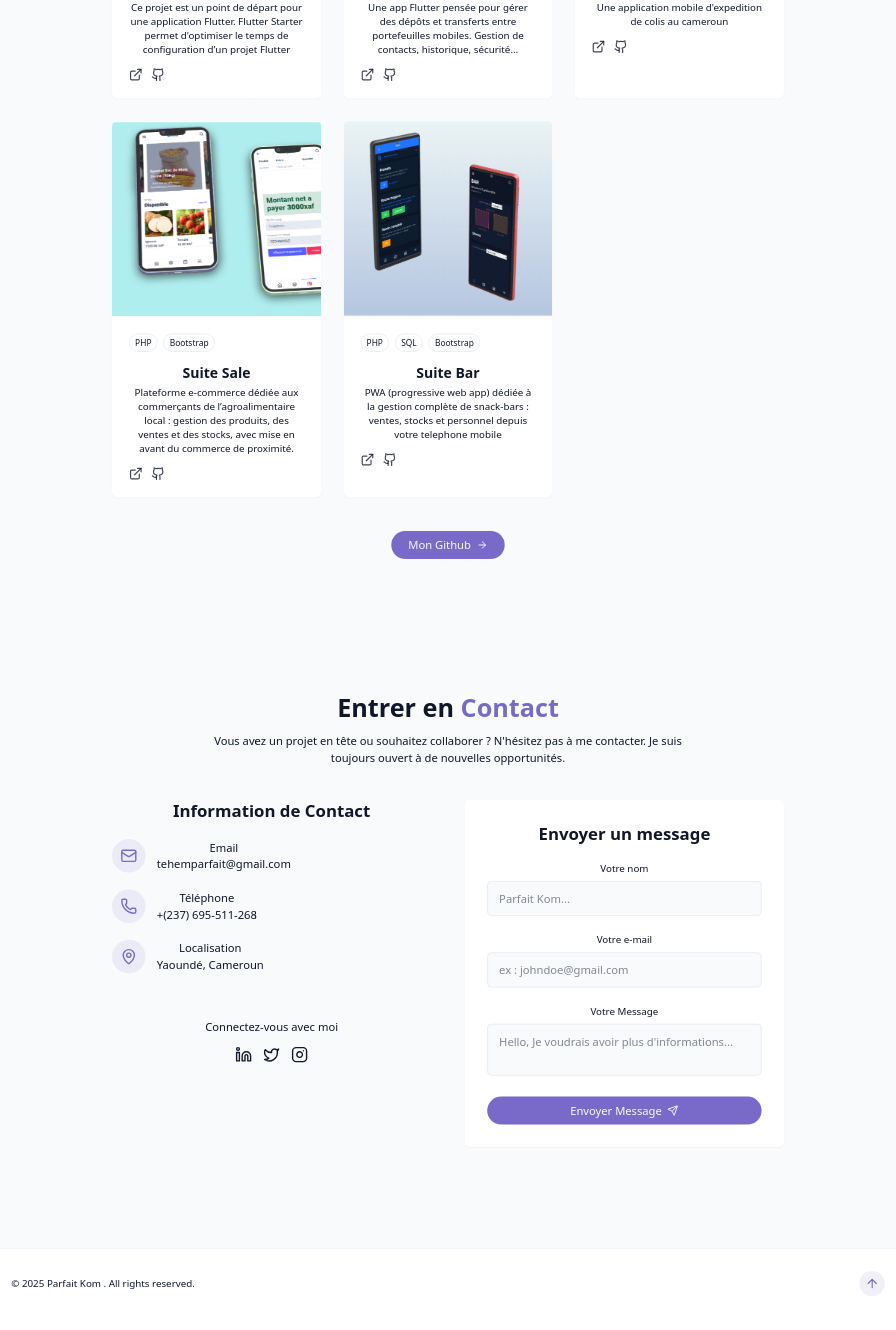
Repository: KOMI18/komi-folio
Page: /
These files come from the project's save history. The page is drawn as it stood at one moment and after a run of saves; the edit follows.
The browser window is 1280 px wide. The pictures show the part of the page from y = 4551 to 6471 px (the page is 6451 px tall before and 6471 px after), at 70% of full size.
The project was rebuilt for these pictures with package versions that can differ from the ones it lists, and the page was loaded fresh each time. Also part of the build but not shown: vite.config.js, src/pages/NotFound.jsx.

Above is the page before, as saved 2025-06-28 13:08:54.

### index.html
<!doctype html>
<html lang="en">
  <head>
    <meta charset="UTF-8" />
    <link rel="icon" type="image/svg+xml" href="" />
    <meta name="viewport" content="width=device-width, initial-scale=1.0" />
    <title>Parfait Kom</title>
  </head>
  <body>
    <div id="root"></div>
    <script type="module" src="/src/main.jsx"></script>
  </body>
</html>

### src/pages/Home.jsx
import { Navbar } from "../components/Navbar";
import { ThemeToggle } from "../components/ThemeToggle";
import { StarBackground } from "@/components/StarBackground";
import { HeroSection } from "../components/HeroSection";
import { AboutSection } from "../components/AboutSection";
import { SkillsSection } from "../components/SkillsSection";
import { ProjectsSection } from "../components/ProjectsSection";
import { ContactSection } from "../components/ContactSection";
import { Footer } from "../components/Footer";
import {ExperienceSection} from "../components/ExperianceSection"
import { ExpertiseSection } from "../components/ExpertiseSection";
export const Home = () => {
  return (
    <div className="min-h-screen bg-background text-foreground overflow-x-hidden">
      {/* Theme Toggle */}
      <ThemeToggle />
      {/* Background Effects */}
      <StarBackground />

      {/* Navbar */}
      <Navbar />
      {/* Main Content */}
      <main>
        <HeroSection />
        <AboutSection />
        <ExpertiseSection/>
        <ExperienceSection/>
        <SkillsSection />
        <ProjectsSection />
        <ContactSection />
      </main>

      {/* Footer */}
      <Footer />
    </div>
  );
};

### src/components/ui/toaster.jsx
import { useToast } from "@/hooks/use-toast";
import {
  Toast,
  ToastClose,
  ToastDescription,
  ToastProvider,
  ToastTitle,
  ToastViewport,
} from "@/components/ui/toast";

export function Toaster() {
  const { toasts } = useToast();

  return (
    <ToastProvider>
      {toasts.map(function ({ id, title, description, action, ...props }) {
        return (
          <Toast key={id} {...props}>
            <div className="grid gap-1">
              {title && <ToastTitle>{title}</ToastTitle>}
              {description && (
                <ToastDescription>{description}</ToastDescription>
              )}
            </div>
            {action}
            <ToastClose />
          </Toast>
        );
      })}
      <ToastViewport />
    </ToastProvider>
  );
}

### src/components/Navbar.jsx
import { cn } from "@/lib/utils";
import { Menu, X } from "lucide-react";
import { useEffect, useState } from "react";
import { ThemeToggle } from "./ThemeToggle";
const navItems = [
  { name: "Home", href: "#hero" },
  { name: "A Propos", href: "#about" },
  { name: "Experience", href: "#experience" },
  { name: "Competences", href: "#skills" },
  { name: "Projets", href: "#projects" },
  { name: "Contact", href: "#contact" },


];

export const Navbar = () => {
  const [isScrolled, setIsScrolled] = useState(false);
  const [isMenuOpen, setIsMenuOpen] = useState(false);

  useEffect(() => {
    const handleScroll = () => {
      setIsScrolled(window.screenY > 10);
    };

    window.addEventListener("scroll", handleScroll);
    return () => window.removeEventListener("scroll", handleScroll);
  }, []);
  return (
    <nav
      className={cn(
        "fixed w-full z-40 transition-all duration-300",
        isScrolled ? "py-3 bg-background/80 backdrop-blur-md shadow-xs" : "py-5"
      )}
    >
      <div className="container flex items-center justify-between">
        <a
          className="text-xl font-bold text-primary flex items-center"
          href="#hero"
        >
          <span className="relative z-10">
            <span className="text-glow text-foreground"> Parfait  </span>{" "}
            Kom
          </span>
        </a>

        {/* desktop nav */}
        <div className="hidden md:flex space-x-8">
          {navItems.map((item, key) => (
            <a
              key={key}
              href={item.href}
              className="text-foreground/80 hover:text-primary transition-colors duration-300"
            >
              {item.name}
            </a>
          ))}
        </div>

        {/* mobile nav */}

        <div className="flex items-center px-5 justify-end">
          <ThemeToggle />

        <button
          onClick={() => setIsMenuOpen((prev) => !prev)}
          className="md:hidden p-2 text-foreground z-50"
          aria-label={isMenuOpen ? "   Menu" : "Open Menu"}
        >
          {isMenuOpen ? <X size={24} /> : <Menu size={24} />}{" "}
        </button>
        </div>
        <div
          className={cn(
            "fixed inset-0 bg-background/95 backdroup-blur-md z-40 flex flex-col items-center justify-center",
            "transition-all duration-300 md:hidden",
            isMenuOpen
              ? "opacity-100 pointer-events-auto"
              : "opacity-0 pointer-events-none"
          )}
        >
          <div className="flex flex-col space-y-8 text-xl">
            {navItems.map((item, key) => (
              <a
                key={key}
                href={item.href}
                className="text-foreground/80 hover:text-primary transition-colors duration-300"
                onClick={() => setIsMenuOpen(false)}
              >
                {item.name}
              </a>
            ))}
          </div>
        </div>
      </div>
    </nav>
  );
};

### src/components/ThemeToggle.jsx
import { Moon, Sun } from "lucide-react";
import { useEffect, useState } from "react";
import { cn } from "@/lib/utils";

export const ThemeToggle = () => {
  const [isDarkMode, setIsDarkMode] = useState(false);

  useEffect(() => {
    const storedTheme = localStorage.getItem("theme");
    if (storedTheme === "dark") {
      setIsDarkMode(true);
      document.documentElement.classList.add("dark");
    } else {
      localStorage.setItem("theme", "light");
      setIsDarkMode(false);
    }
  }, []);

  const toggleTheme = () => {
    if (isDarkMode) {
      document.documentElement.classList.remove("dark");
      localStorage.setItem("theme", "light");
      setIsDarkMode(false);
    } else {
      document.documentElement.classList.add("dark");
      localStorage.setItem("theme", "dark");
      setIsDarkMode(true);
    }
  };

  return (
    <button
      onClick={toggleTheme}
      className={cn(
        "fixed top-5 right-5 z-30 p-2 rounded-full transition-colors duration-300",
        "focus:outline-none"
      )}
    >
      {isDarkMode ? (
        <Sun className="h-6 w-6 text-yellow-300" />
      ) : (
        <Moon className="h-6 w-6 text-blue-900" />
      )}
    </button>
  );
};

### src/components/StarBackground.jsx
import { useEffect, useState } from "react";

// id, size, x, y, opacity, animationDuration
// id, size, x, y, delay, animationDuration

export const StarBackground = () => {
  const [stars, setStars] = useState([]);
  const [meteors, setMeteors] = useState([]);

  useEffect(() => {
    generateStars();
    generateMeteors();

    const handleResize = () => {
      generateStars();
    };

    window.addEventListener("resize", handleResize);

    return () => window.removeEventListener("resize", handleResize);
  }, []);

  const generateStars = () => {
    const numberOfStars = Math.floor(
      (window.innerWidth * window.innerHeight) / 10000
    );

    const newStars = [];

    for (let i = 0; i < numberOfStars; i++) {
      newStars.push({
        id: i,
        size: Math.random() * 3 + 1,
        x: Math.random() * 100,
        y: Math.random() * 100,
        opacity: Math.random() * 0.5 + 0.5,
        animationDuration: Math.random() * 4 + 2,
      });
    }

    setStars(newStars);
  };

  const generateMeteors = () => {
    const numberOfMeteors = 4;
    const newMeteors = [];

    for (let i = 0; i < numberOfMeteors; i++) {
      newMeteors.push({
        id: i,
        size: Math.random() * 2 + 1,
        x: Math.random() * 100,
        y: Math.random() * 20,
        delay: Math.random() * 15,
        animationDuration: Math.random() * 3 + 3,
      });
    }

    setMeteors(newMeteors);
  };

  return (
    <div className="fixed inset-0 overflow-hidden pointer-events-none z-0">
      {stars.map((star) => (
        <div
          key={star.id}
          className="star animate-pulse-subtle"
          style={{
            width: star.size + "px",
            height: star.size + "px",
            left: star.x + "%",
            top: star.y + "%",
            opacity: star.opacity,
            animationDuration: star.animationDuration + "s",
          }}
        />
      ))}

      {meteors.map((meteor) => (
        <div
          key={meteor.id}
          className="meteor animate-meteor"
          style={{
            width: meteor.size * 50 + "px",
            height: meteor.size * 2 + "px",
            left: meteor.x + "%",
            top: meteor.y + "%",
            animationDelay: meteor.delay,
            animationDuration: meteor.animationDuration + "s",
          }}
        />
      ))}
    </div>
  );
};

### src/components/AboutSection.jsx

import { ArrowRight , Image} from "lucide-react";

export const AboutSection = () => {
  return (
    <section id="about" className="py-24 px-4 bg-background">
       <h2 className="text-3xl md:text-4xl font-bold mb-4 py-4 text-center">
          {" "}
          A <span className="text-primary">Propos</span>
        </h2>
      <div className="container mx-auto max-w-5xl grid grid-cols-1 md:grid-cols-2  gap-12 items-center">
        {/* Image */}
        <div className="order-first md:order-last flex justify-center md:justify-start">
          <div className="w-40 h-40 sm:w-80 sm:h-80 md:w-[500px] md:h-[500px] lg:w-[600px] lg:h-[600px] relative transform rotate-3 rounded-xl overflow-hidden border-4 border-primary shadow-lg transition-transform duration-500 hover:scale-105">
            <img
              src="/projects/parfaitkom.jpeg"
              alt="Parfait Kom"
              className="w-full h-full object-cover"
              width={500}
              height={500}
            />
          </div>
        </div>
        {/* Content */}
        <div className="space-y-6">
          <h2 className="text-3xl md:text-4xl font-bold text-left  md:text-left">
            Je transforme les idées en solutions qui bossent 24h/24 pour vous.
          </h2>

          <p className="text-muted-foreground text-left md:text-left">
            Je suis Parfait Kom, développeur mobile & web indépendant. Je construis des applications solides et utiles pour les PME et entrepreneurs du monde entier. Mon objectif ? Livrer des solutions concrètes, efficaces, sans blabla inutile. Du code propre, des résultats mesurables, et un vrai sens du travail bien fait.
          </p>

          <p className="text-muted-foreground text-left md:text-left">
            Mon approche est simple : comprendre rapidement vos enjeux, proposer des idées concrètes, et livrer des résultats de qualité. Pas de jargon. Pas de perte de temps. Juste du travail bien fait, avec méthode, passion et efficacité.
          </p>

          <div className="flex flex-col sm:flex-row gap-4 pt-2">
            <a href="#contact" className="cosmic-button">
              Entrer en contact
            </a>

            <a
              href="/docs/parfait_kom_cv.pdf"
              download
              className="px-6 py-2 rounded-full border border-primary text-primary hover:bg-primary/10 transition-colors duration-300 flex items-center gap-2"
            >
              Télécharger mon CV <ArrowRight className="w-4 h-4" />
            </a>
          </div>
        </div>
      </div>
    </section>
  );
};

export default AboutSection;

### src/components/SkillsSection.jsx
import { useState } from "react";
import { cn } from "@/lib/utils";

const skills = [
  // Frontend
  { name: "Flutter / Dart", level: 70, category: "frontend" },
  { name: "JavaScript", level: 60, category: "frontend" },
  { name: "React", level: 80, category: "frontend" },
  { name: "Tailwind CSS", level: 90, category: "frontend" },


  // Backend
  { name: "Node.js", level: 80, category: "backend" },
  { name: "Express", level: 75, category: "backend" },
  { name: "MongoDB", level: 70, category: "backend" },

  // Tools
  { name: "Git/GitHub", level: 80, category: "tools" },
  { name: "Postman", level: 80, category: "tools" },
];

const categories = ["Tout", "frontend", "backend", "tools"];

export const SkillsSection = () => {
  const [activeCategory, setActiveCategory] = useState("Tout");

  const filteredSkills = skills.filter(
    (skill) => activeCategory === "Tout" || skill.category === activeCategory
  );
  return (
    <section id="skills" className="py-24 px-4 relative bg-secondary/30">
      <div className="container mx-auto max-w-5xl">
        <h2 className="text-3xl md:text-4xl font-bold mb-12 text-center">
        Mes  <span className="text-primary"> compétences</span>
        </h2>

        <div className="flex flex-wrap justify-center gap-4 mb-12">
          {categories.map((category, key) => (
            <button
              key={key}
              onClick={() => setActiveCategory(category)}
              className={cn(
                "px-5 py-2 rounded-full transition-colors duration-300 capitalize",
                activeCategory === category
                  ? "bg-primary text-primary-foreground"
                  : "bg-secondary/70 text-forefround hover:bd-secondary"
              )}
            >
              {category}
            </button>
          ))}
        </div>

        <div className="grid grid-cols-1 sm:grid-cols-2 lg:grid-cols-3 gap-6">
          {filteredSkills.map((skill, key) => (
            <div
              key={key}
              className="bg-card p-6 rounded-lg shadow-xs card-hover"
            >
              <div className="text-left mb-4">
                <h3 className="font-semibold text-lg"> {skill.name}</h3>
              </div>
              <div className="w-full bg-secondary/50 h-2 rounded-full overflow-hidden">
                <div
                  className="bg-primary h-2 rounded-full origin-left animate-[grow_1.5s_ease-out]"
                  style={{ width: skill.level + "%" }}
                />
              </div>

              <div className="text-right mt-1">
                <span className="text-sm text-muted-foreground">
                  {skill.level}%
                </span>
              </div>
            </div>
          ))}
        </div>
      </div>
    </section>
  );
};

### src/components/ProjectsSection.jsx
import { ArrowRight, ExternalLink, Github } from "lucide-react";

const projects = [

  {
    id: 2,
    title: "Flutter Stater",
    description:
      "Ce projet est un point de départ pour une application Flutter. Flutter Starter permet d'optimiser le temps de configuration d'un projet Flutter",
    image: "/projects/starter.jpeg",
    tags: ["Flutter", "Dart"],
    demoUrl: "#",
    githubUrl: "https://github.com/KOMI18/flutter_starter/tree/master",
  },
  {
    id: 2,
    title: "Silia",
    description:
      "Une app Flutter pensée pour gérer des dépôts et transferts entre portefeuilles mobiles. Gestion de contacts, historique, sécurité…",
    image: "/projects/silia.png",
    tags: ["Flutter", "Dart", "GetX"],
    // demoUrl: "#",
    githubUrl: "https://github.com/KOMI18/silia",
  },
  {
    id: 3,
    title: "Speedara",
    description:
      "Une application mobile d'expedition de colis au cameroun",
    image: "/projects/speedara.jpeg",
    tags: ["Flutter", "Dart", "GetX" ],
    demoUrl: "#",
    githubUrl: "#",
  },
  {
    id: 2,
    title: "Suite Sale",
    description:
      "Plateforme e-commerce dédiée aux commerçants de l’agroalimentaire local : gestion des produits, des ventes et des stocks, avec mise en avant du commerce de proximité.",
    image: "/projects/sale.png",
    tags: ["PHP", "Bootstrap"],
    demoUrl: "#",
    githubUrl: "https://cosmopharmalindustry.com/suitesale/app/Pages/Login.php",
  },
  {
    id: 1,
    title: "Suite Bar ",
    description:
      "PWA (progressive web app) dédiée à la gestion complète de snack-bars : ventes, stocks et personnel depuis votre telephone mobile",
    image: "/projects/suite.png",
    tags: ["PHP", "SQL", "Bootstrap"],
    demoUrl: "https://cosmopharmalindustry.com/bragherstudio.suite-ba/pages/user_login.php",
    githubUrl: "#",
  },

];

export const ProjectsSection = () => {
  return (
    <section id="projects" className="py-24 px-4 relative">
      <div className="container mx-auto max-w-5xl">
        <h2 className="text-3xl md:text-4xl font-bold mb-4 text-center">
          {" "}
          Quelques <span className="text-primary">Projets</span>
        </h2>

        <p className="text-center text-muted-foreground mb-12 max-w-2xl mx-auto">
          Ce que j’ai construit pour d’autres, je peux le construire pour vous.
          {" "}
          Des projets concrets, pas des promesses.
        </p>

        <div className="grid grid-cols-1 md:grid-cols-2 lg:grid-cols-3 gap-8">
          {projects.map((project, key) => (
            <div
              key={key}
              className="group bg-card rounded-lg overflow-hidden shadow-xs card-hover"
            >
              <div className="h-70 overflow-hidden">
                <img
                height={400}
                width={500}
                  src={project.image}
                  alt={project.title}
                  className="w-full h-full object-cover transition-transform duration-500 group-hover:scale-110"
                />
              </div>

              <div className="p-6">
                <div className="flex flex-wrap gap-2 mb-4">
                  {project.tags.map((tag) => (
                    <span className="px-2 py-1 text-xs font-medium border rounded-full bg-secondary text-secondary-foreground">
                      {tag}
                    </span>
                  ))}
                </div>

                <h3 className="text-xl font-semibold mb-1"> {project.title}</h3>
                <p className="text-muted-foreground text-sm mb-4">
                  {project.description}
                </p>
                <div className="flex justify-between items-center">
                  <div className="flex space-x-3">
                    <a
                      href={project.demoUrl}
                      target="_blank"
                      className="text-foreground/80 hover:text-primary transition-colors duration-300"
                    >
                      <ExternalLink size={20} />
                    </a>
                    <a
                      href={project.githubUrl}
                      target="_blank"
                      className="text-foreground/80 hover:text-primary transition-colors duration-300"
                    >
                      <Github size={20} />
                    </a>
                  </div>
                </div>
              </div>
            </div>
          ))}
        </div>
        <div className="text-center mt-12">
          <a
            className="cosmic-button w-fit flex items-center mx-auto gap-2"
            target="_blank"
            href="https://github.com/KOMI18"
          >
             Mon Github <ArrowRight size={16} />
          </a>
        </div>
      </div>
    </section>
  );
};

### src/components/Footer.jsx
import { ArrowUp } from "lucide-react";

export const Footer = () => {
  return (
    <footer className="py-12 px-4 bg-card relative border-t border-border mt-12 pt-8 flex flex-wrap justify-between items-center">
      {" "}
      <p className="text-sm text-muted-foreground">
        {" "}
        &copy; {new Date().getFullYear()} Parfait Kom . All rights reserved.
      </p>
      <a
        href="#hero"
        className="p-2 rounded-full bg-primary/10 hover:bg-primary/20 text-primary transition-colors"
      >
        <ArrowUp size={20} />
      </a>
    </footer>
  );
};

Loaded but not shown: src/main.jsx (common file); src/App.jsx (common file); src/lib/utils.js (common file); src/hooks/use-toast.js (144 lines, source omitted); src/components/ContactSection.jsx (235 lines, source omitted); src/components/ExperianceSection.jsx (117 lines, source omitted); src/components/HeroSection.jsx (103 lines, source omitted); src/index.css (214 lines, source omitted); src/components/ui/toast.jsx (102 lines, source omitted); src/components/ExpertiseSection.jsx (90 lines, source omitted)

After the next 3 saves:
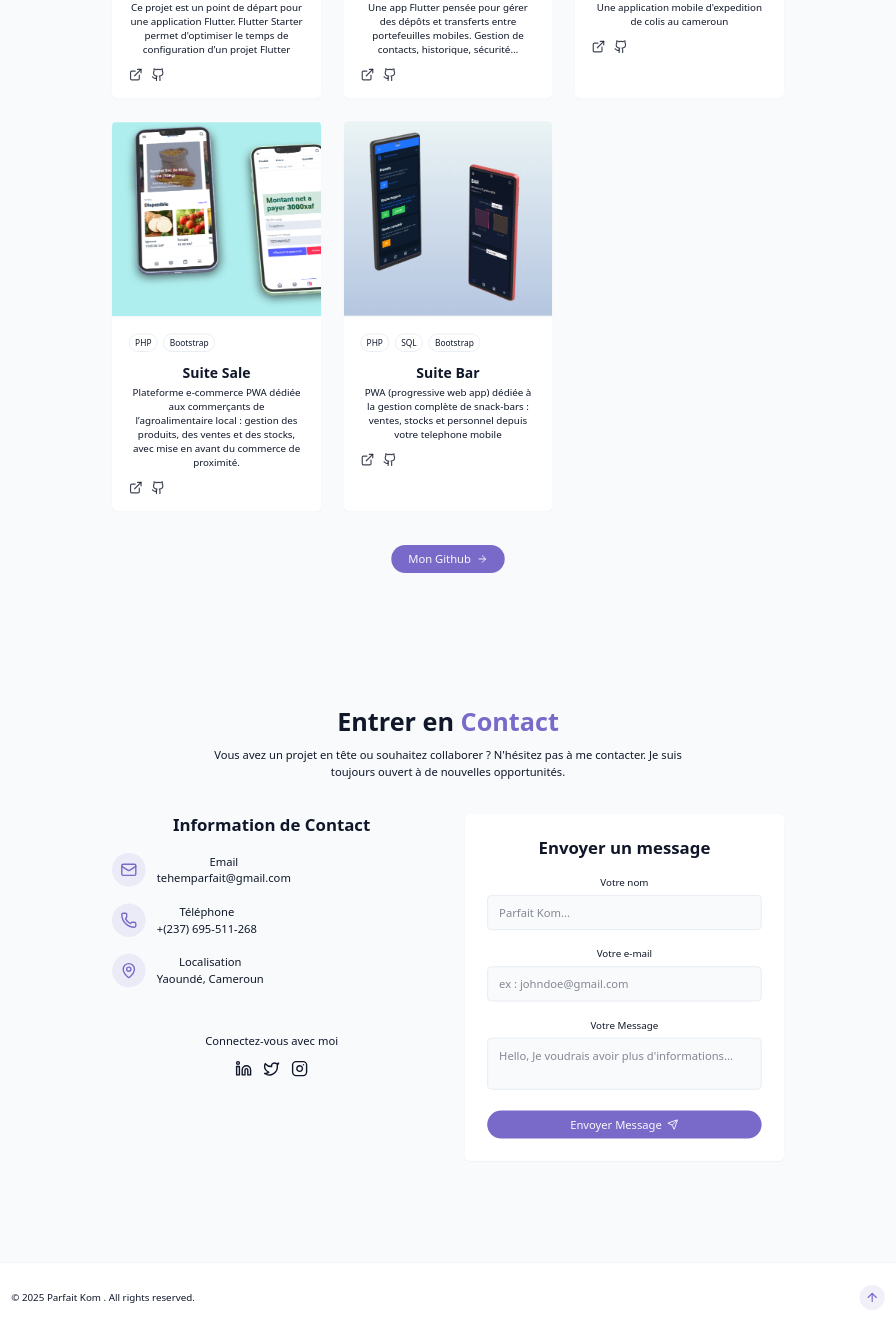
The 3 saves are shown as one change because they came seconds apart.
The last was saved 15 s later.
--- a/src/components/ProjectsSection.jsx
+++ b/src/components/ProjectsSection.jsx
@@ -36,7 +36,7 @@ const projects = [
     id: 2,
     title: "Suite Sale",
     description:
-      "Plateforme e-commerce dédiée aux commerçants de l’agroalimentaire local : gestion des produits, des ventes et des stocks, avec mise en avant du commerce de proximité.",
+      "Plateforme e-commerce PWA dédiée aux commerçants de l’agroalimentaire local : gestion des produits, des ventes et des stocks, avec mise en avant du commerce de proximité.",
     image: "/projects/sale.png",
     tags: ["PHP", "Bootstrap"],
     demoUrl: "#",
